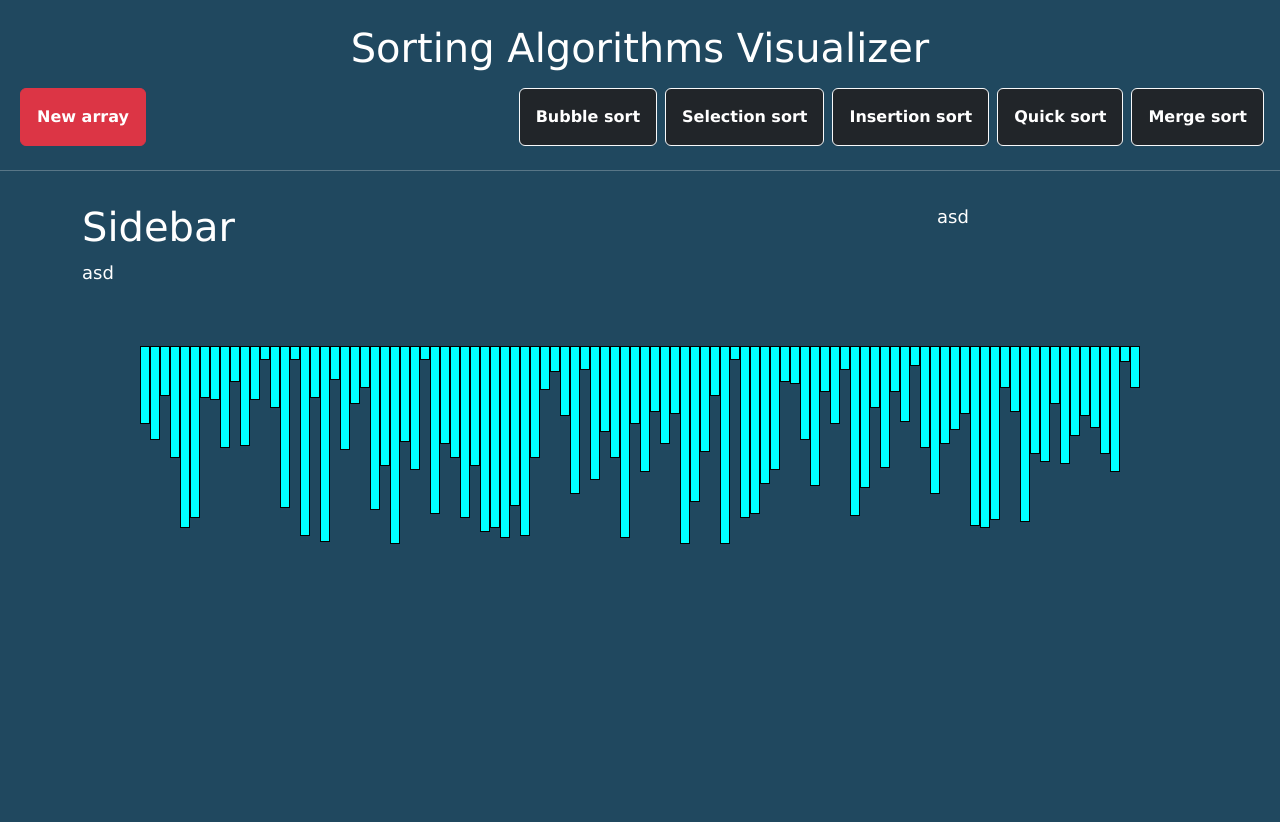
Repository: Vasil1001/Sorting-Algorithms-Visualizer-js
Page: views/index.html
The author's editor kept a copy of each file at every save. The page is drawn from the files as they stood at one save, then again after a run of saves.
The browser window is 1280 px wide. The pictures show the whole page.

Above is the page before, as saved 2022-11-03 17:48:59.

After the next 2 saves:
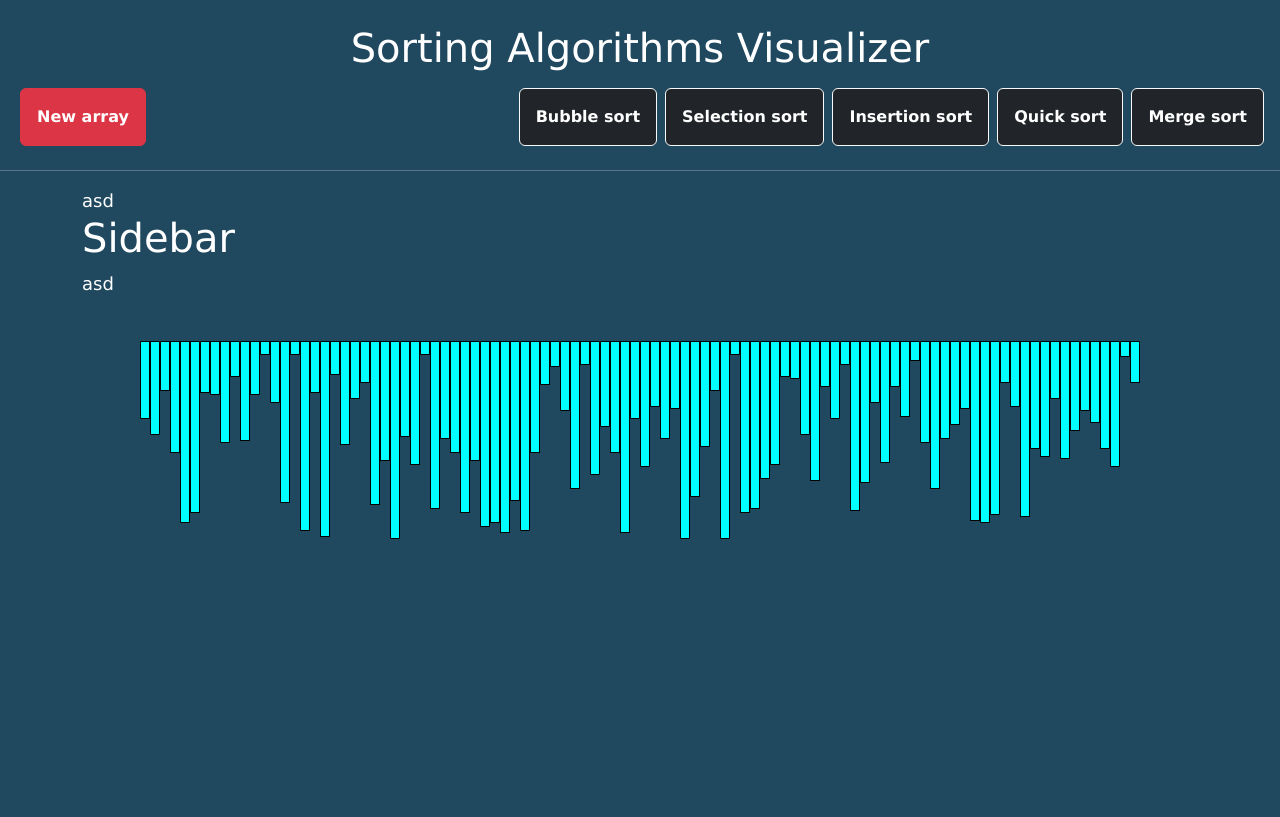
The 2 saves are shown as one change because they came seconds apart.
The last was saved 15 s later.
--- a/views/index.html
+++ b/views/index.html
@@ -59,7 +59,6 @@
   <hr style="color: white;">
 
   <div class="container">
-    <div class="row py-3">
       <div class="col-3 order-2" id="sticky-sidebar">
         <div class="sticky-top">
           asd

After the save that followed:
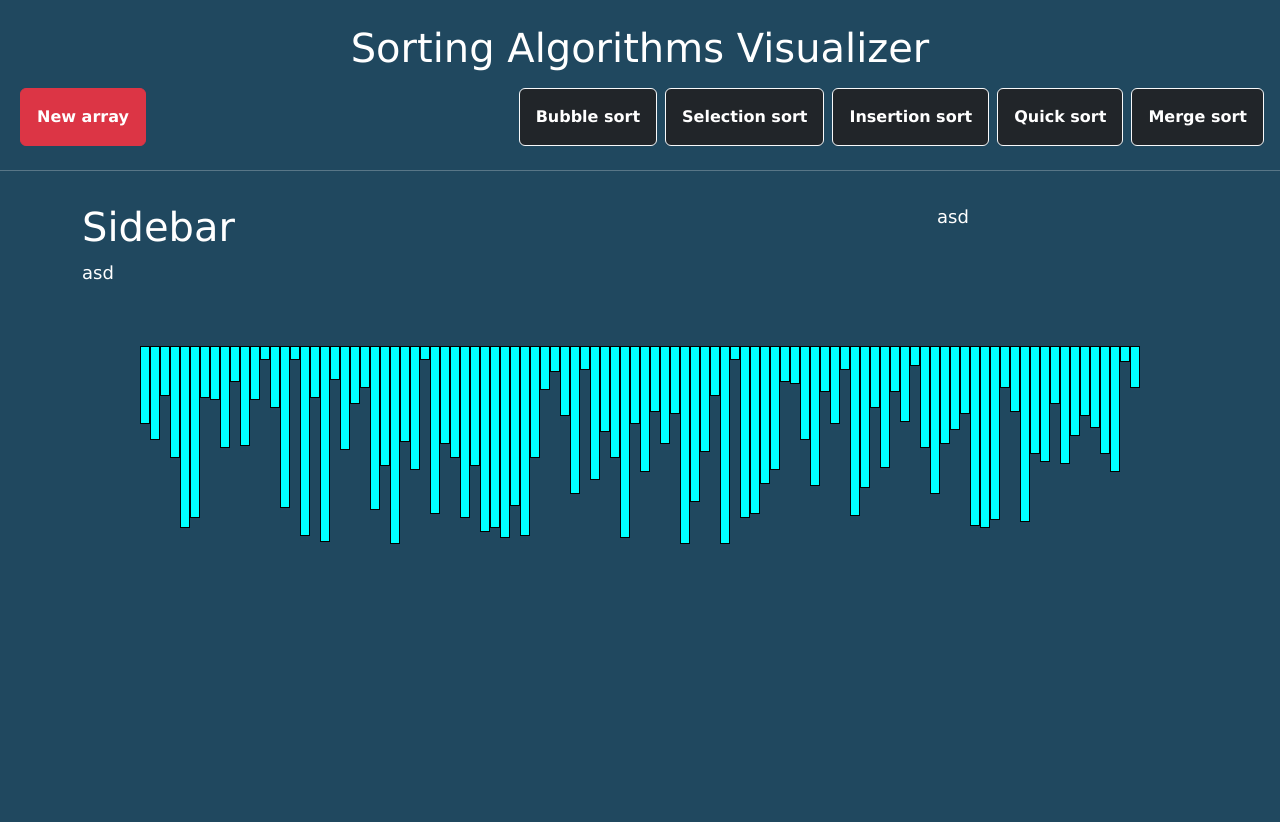
Saved 4 s later.
--- a/views/index.html
+++ b/views/index.html
@@ -59,6 +59,7 @@
   <hr style="color: white;">
 
   <div class="container">
+    <div class="row py-3">
       <div class="col-3 order-2" id="sticky-sidebar">
         <div class="sticky-top">
           asd
